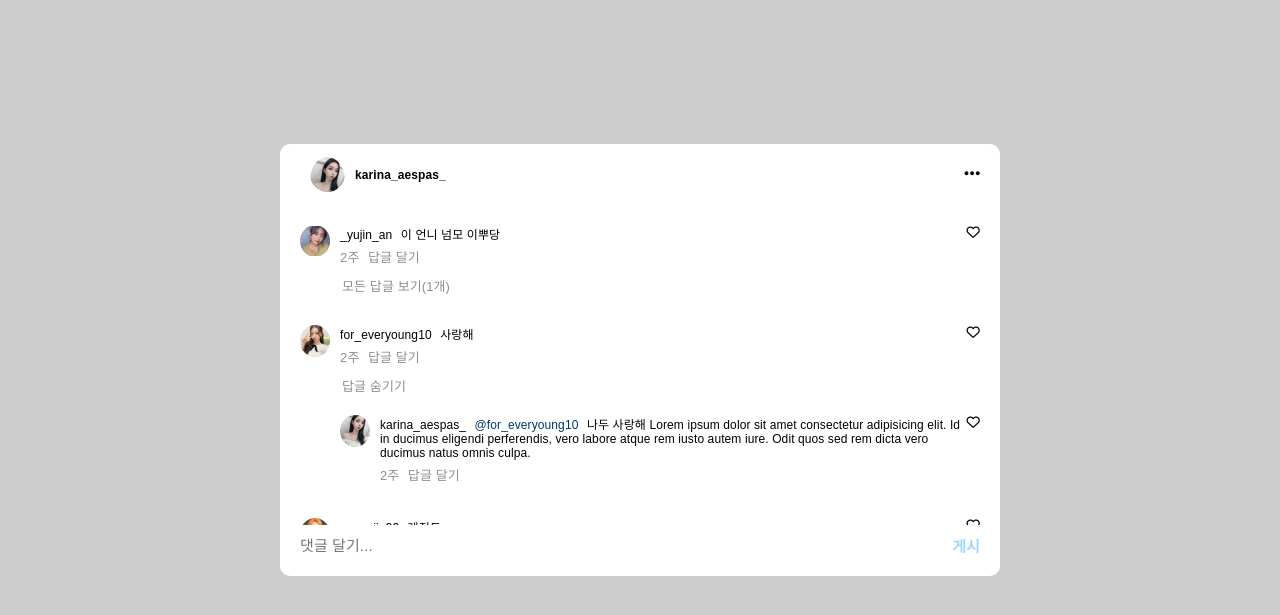
Repository: SNSFiestaTeam/Fiesta
Page: Fiesta/src/main/webapp/html/action/comment.html
An editor plug-in stored every save of this project. The page is shown before and after the next save, followed by the edit.
The browser window is 1280 px wide. The pictures show the whole page.
Some web fonts or font styles are not loaded; a fallback is used. Some web libraries are served in a nearby version.

Above is the page before, as saved 2022-11-28 17:27:53.

After the next save:
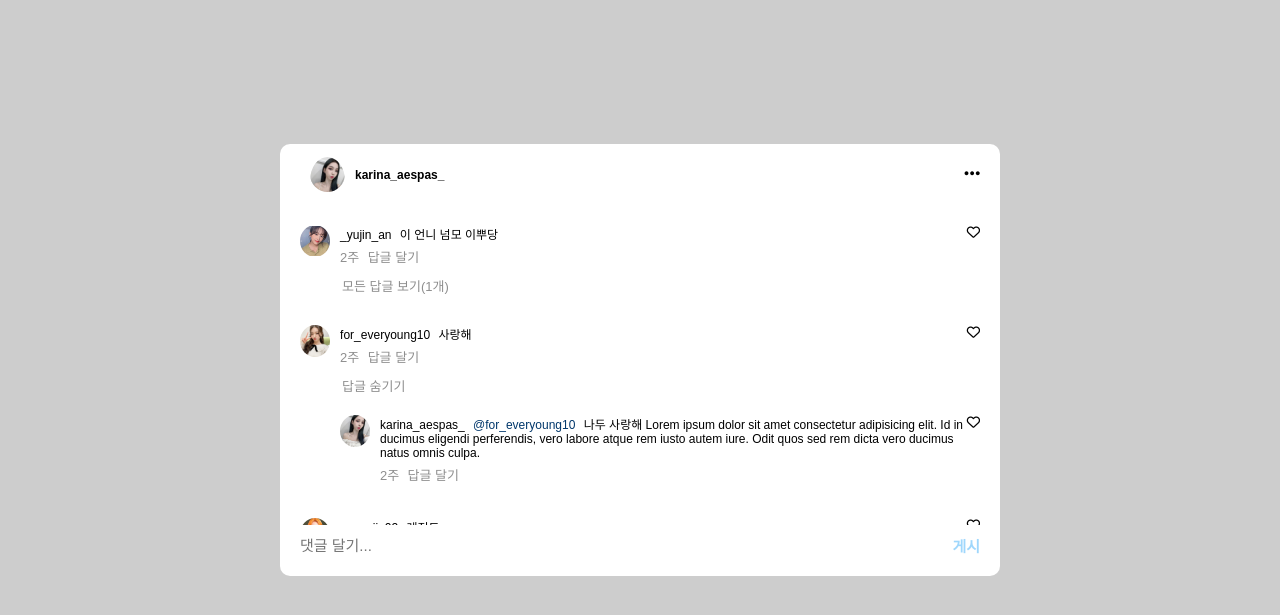
Saved 12 s later.
--- a/Fiesta/src/main/webapp/resources/css/common-style.css
+++ b/Fiesta/src/main/webapp/resources/css/common-style.css
@@ -15,7 +15,7 @@
   /* font-family: 'Noto Sans KR', sans-serif; */
   /* font-family: 'Nanum Gothic', sans-serif; */
   font-family: 'IBM Plex Sans KR', sans-serif;
-  letter-spacing: 0.1px;
+  letter-spacing: 0;
 }
 
 a {

After the 2 saves that followed:
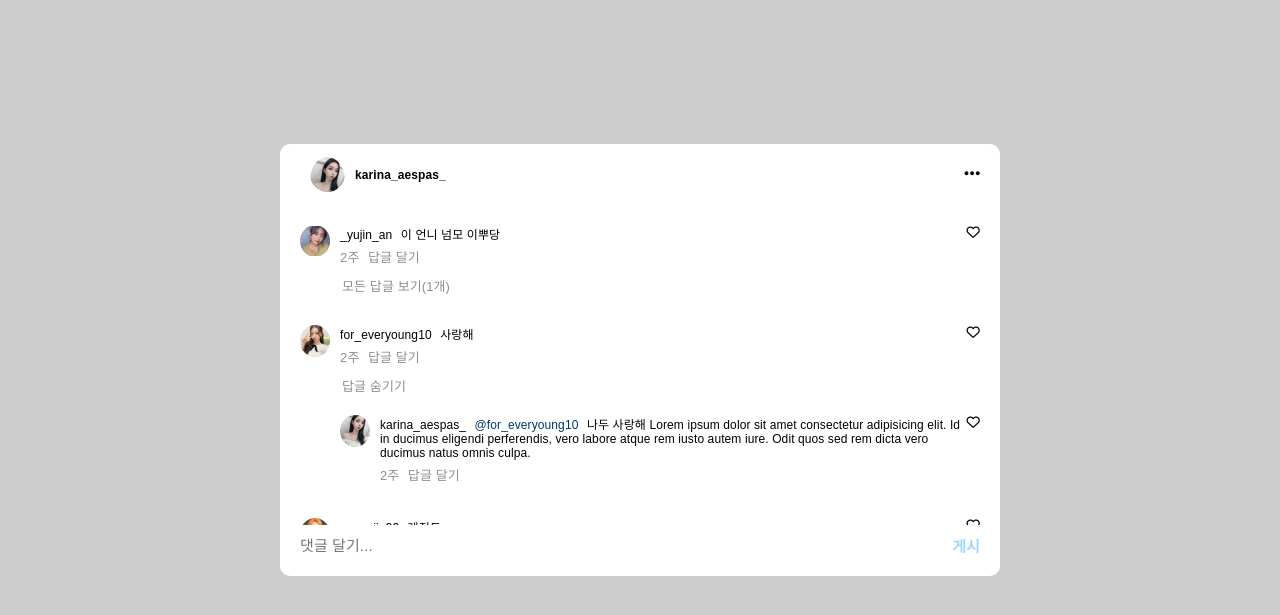
The 2 saves are shown as one change because 1 left the picture as it was.
The last was saved 32 s later.
--- a/Fiesta/src/main/webapp/resources/css/common-style.css
+++ b/Fiesta/src/main/webapp/resources/css/common-style.css
@@ -15,7 +15,7 @@
   /* font-family: 'Noto Sans KR', sans-serif; */
   /* font-family: 'Nanum Gothic', sans-serif; */
   font-family: 'IBM Plex Sans KR', sans-serif;
-  letter-spacing: 0;
+  letter-spacing: 0.1px;
 }
 
 a {
